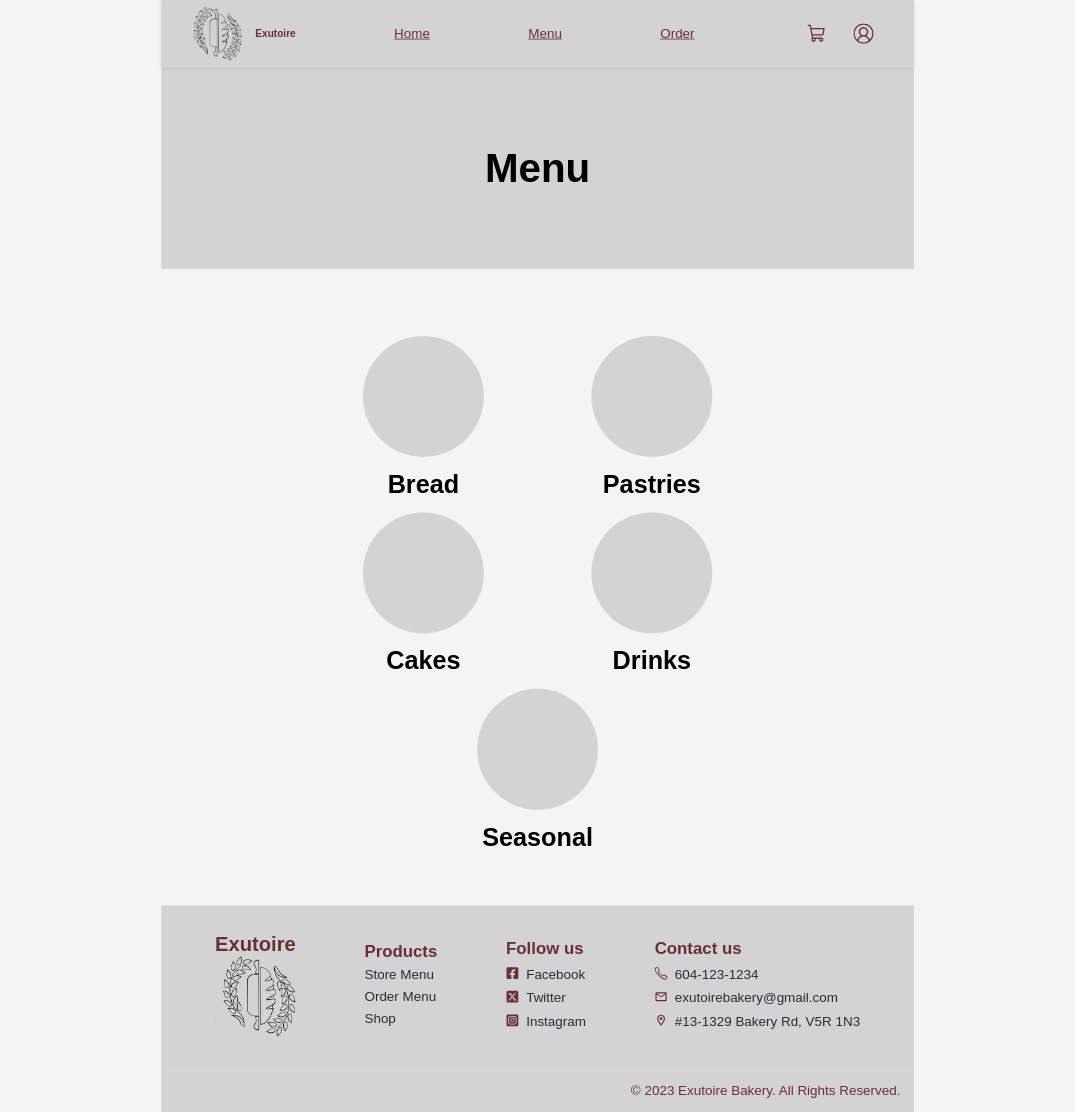
Repository: MelissaJacobi/COMP3170-final-proj
Page: /menu
An editor plug-in stored every save of this project. The page is shown before and after the next save, followed by the edit.
The browser window is 1280 px wide. The pictures show the whole page, at 84% of full size.
The project was rebuilt for these pictures with package versions that can differ from the ones it lists, and the page was loaded fresh each time. Also part of the build but not shown: vite.config.js, src/pages/Home.module.css, src/components/Carousel.module.css, src/components/Carousel.tsx, src/components/Vision.module.css, src/components/Vision.tsx, src/components/MenuGallery.tsx, src/pages/Home.jsx and 1 more.

Above is the page before, as saved 2024-10-07 18:45:28.

### src/main.jsx
import { StrictMode } from 'react'
import { createRoot } from 'react-dom/client'
import App from './App.jsx'
import './index.css'

const rootElement = document.getElementById('root');
if (rootElement) {
  createRoot(rootElement).render(
    <StrictMode>
      <App />
    </StrictMode>
  );
}

### src/App.jsx
// src/App.jsx

import { BrowserRouter as Router, Routes, Route } from 'react-router-dom';
import styles from './App.module.css';
import Header from './components/Header';
import Footer from './components/Footer';
import Home from './pages/Home';
import Menu from './pages/menu';
import Bread from './pages/Bread'; // Import Bread component

function App() {
  return (
    <Router>
      <div className={styles.appContainer}>
        <Header />
        <Routes>
          <Route path="/" element={<Home />} />
          <Route path="/menu" element={<Menu />} />
          <Route path="/menu/bread" element={<Bread />} /> {/* New route */}
        </Routes>
        <Footer />
      </div>
    </Router>
  );
}

export default App;

### src/index.css
* {
  margin: 0;
  padding: 0;
  box-sizing: border-box;
}

body {
  font-family: Arial, sans-serif;
  line-height: 1.6;
  background-color: #f4f4f4;
}

:root {
  --primary-color: lightgrey;
  --secondary-color: lightblue;
  --accent-color: #6A2E35;
  --background-color: white;
  --text-color: #2E2836;
}

### src/App.module.css
.appContainer {
    width: 70%;
    height: 100%;
    margin: auto;
}

### src/components/Header.tsx
// Header.tsx
import { Link } from 'react-router-dom';
import styles from './Header.module.css';
import logo from "../assets/images/logo.png";
import { PiShoppingCart } from "react-icons/pi";
import { VscAccount } from "react-icons/vsc";

export default function Header() {
  return (
    <div className={styles.container}>
      <div>
        <img src={logo} alt="Logo" className={styles.logo} />
        <p className={styles.siteTitle}>Exutoire</p>
      </div>
      <Link to="/" className={styles.links}>Home</Link>
      <Link to="/Menu" className={styles.links}>Menu</Link>
      <Link to="/order" className={styles.links}>Order</Link>
      <div>
        <PiShoppingCart className={styles.icon} />
        <VscAccount className={styles.icon} />
      </div>
    </div>
  );
}

### src/components/Footer.tsx
import logo from "../assets/images/logo.png"
import styles from "./Footer.module.css"
import { FaFacebookSquare } from "react-icons/fa";
import { FaSquareXTwitter } from "react-icons/fa6";
import { FaInstagramSquare } from "react-icons/fa";
import { SlPhone } from "react-icons/sl";
import { MdOutlineMailOutline } from "react-icons/md";
import { MdOutlineLocationOn } from "react-icons/md";

export default function Footer() {

  return (
    <>
      <div className={styles.container}>
        <div>
            <p className={styles.siteTitle}>Exutoire</p>
            <img src={logo} alt="Logo" className={styles.logo}/>
        </div>
        <ul>
          <p>Products</p>
          <li>Store Menu</li>
          <li>Order Menu</li>
          <li>Shop</li>
        </ul>
        <ul>
          <p>Follow us</p>
          <li><FaFacebookSquare className={styles.socialIcon}/>Facebook</li>
          <li><FaSquareXTwitter className={styles.socialIcon}/>Twitter</li>
          <li><FaInstagramSquare className={styles.socialIcon}/>Instagram</li>
        </ul>
        <ul>
          <p>Contact us</p>
          <li><SlPhone  className={styles.socialIcon}/>604-123-1234</li>
          <li><MdOutlineMailOutline className={styles.socialIcon}/>exutoirebakery@gmail.com</li>
          <li><MdOutlineLocationOn className={styles.socialIcon}/>#13-1329 Bakery Rd, V5R 1N3</li>
        </ul>
      </div>
      <p className={styles.copywrite}>© 2023 Exutoire Bakery.  All Rights Reserved.</p>
    </>
  )
}

### src/pages/Menu.jsx
import styles from './Menu.module.css'

export default function Menu() {

  return (
    <>
    <div className={styles.container}>
        <div className={styles.banner}>
          <h1>Menu</h1>
        </div>
        <div className={styles.options}>
          <div className={styles.option}>
            <div></div>
            <h2>Bread</h2>
          </div>
          <div className={styles.option}>
            <div></div>
            <h2>Pastries</h2>
          </div>
          <div className={styles.option}>
            <div></div>
            <h2>Cakes</h2>
          </div>
          <div className={styles.option}>
            <div></div>
            <h2>Drinks</h2>
          </div>
          <div className={styles.option}>
            <div></div>
            <h2>Seasonal</h2>
          </div>
        </div>
    </div>

    </>
  )
}

### src/components/Header.module.css
.container {
    background-color: var(--primary-color);
    width: 100%;
    height: 5rem;
    display: flex;
    align-items: center;
    justify-content: space-between;
    padding: 2rem;
    position: sticky;
    top: 0;
    z-index: 1000;
    box-shadow: 0 2px 4px rgba(0, 0, 0, 0.1);
}

.logo {
    height: 4rem;
    width: 4rem;
}

.siteTitle {
    font-size: 12px;
    font-style: normal;
    font-weight: 700;
    line-height: normal;
    margin-left: 1rem;
    color: var(--accent-color)
}

.container div {
    display: flex;
    align-items: center;
}

.links {
    font-size: 16px;
    font-style: normal;
    font-weight: 400;
    line-height: normal;
    color: var(--accent-color)
}

.icon {
    height: 1.5rem;
    width: 1.5rem;
    margin: 1rem;
    color: var(--accent-color)
}

### src/components/Footer.module.css
.container {
    background-color: var(--primary-color);
    height: 100%;
    width: 100%;
    display: flex;
    align-items: center;
    justify-content: space-between;
    padding: 2rem 4rem;
}

.container div{
    text-align: center;
}

.logo {
    width: 6rem;
    height: 6rem;
}

.siteTitle {
    font-size: 24px;
    font-style: normal;
    font-weight: 700;
    line-height: normal;
    color: var(--accent-color)
}

.container ul p {
    color: var(--accent-color);
    font-size: 20px;
    font-style: normal;
    font-weight: 700;
    line-height: normal;
}

.container ul li {
    font-size: 16px;
    font-style: normal;
    font-weight: 400;
    line-height: normal;
    margin: 0.5rem 0rem;
    padding: 0;
    list-style-type: none;
    color: var(--text-color)
}

.socialIcon {
    transform: translateY(0.1rem);
    color: var(--accent-color);
    margin-right: 0.5rem;
}

.copywrite {
    width: 100%;
    text-align: right;
    padding: 1rem;
    font-size: 16px;
    font-style: normal;
    font-weight: 400;
    line-height: normal;
    color: var(--accent-color);
    background-color: var(--primary-color);
}

### src/pages/Menu.module.css
.container {
    width: 100%;
}

.banner {
    width: 100%;
    height: 15rem;
    display: flex;
    justify-content: center;
    align-items: center;
    background-color: var(--primary-color);
}

.container h1 {
    font-size: 48px;
    font-style: normal;
    font-weight: 700;
    line-height: normal;
}

.options {
    display: flex;
    flex-wrap: wrap;
    justify-content: center;
    padding: 4rem;
}

.option div {
    width: 9rem;
    height: 9rem;
    border-radius: 50%;
    background-color: var(--primary-color);
    margin: 1rem 4rem;
}

### src/components/MenuGallery.module.css
.container {
    display: flex;
    flex-direction: column;
    align-items: center;
    justify-content: center;
    height: 100%;
}

h2 {
    font-size: 30px;
    font-style: normal;
    font-weight: 700;
    line-height: normal;
    text-align: center;
    margin: 0;
}

.gallery {
    width: 100%;
    margin-top: 1rem;
    display: flex;
    justify-content: space-around;
    flex-wrap: wrap;
    height: 100%;
    padding: 1rem 7rem;
}

.galleryItem {
    height: 15rem;
    width: 15rem;
    background-color: var(--primary-color);
    display: flex;
    justify-content: center;
    margin: 1rem;
}

Loaded but not shown: index.html (common file)

After the next save:
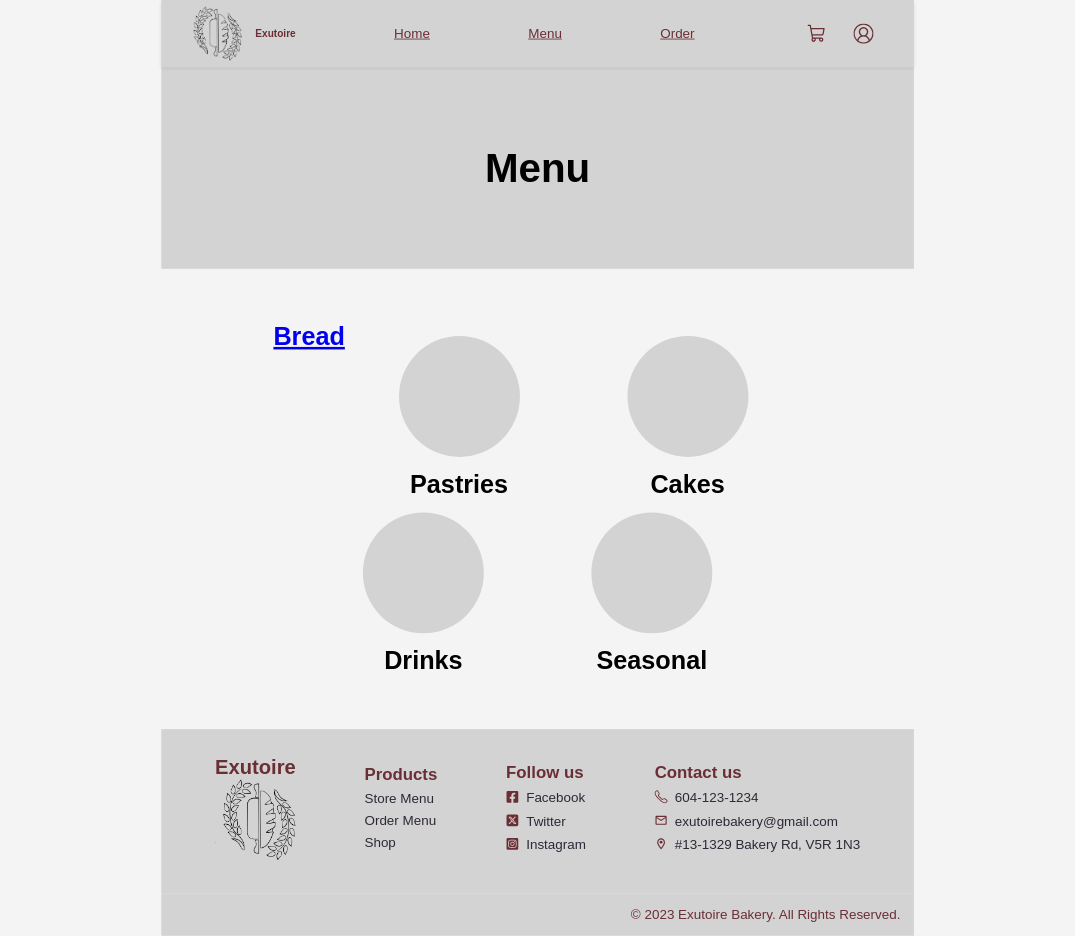
Saved 17 s later.
--- a/src/pages/Menu.jsx
+++ b/src/pages/Menu.jsx
@@ -1,37 +1,37 @@
-import styles from './Menu.module.css'
+// src/pages/menu.jsx
+
+import { Link } from 'react-router-dom';
+import styles from './Menu.module.css';
 
 export default function Menu() {
-
   return (
-    <>
     <div className={styles.container}>
-        <div className={styles.banner}>
-          <h1>Menu</h1>
+      <div className={styles.banner}>
+        <h1>Menu</h1>
+      </div>
+      <div className={styles.options}>
+        <div className={styles.option}>
+          <Link to="/menu/bread">
+            <h2>Bread</h2>
+          </Link>
         </div>
-        <div className={styles.options}>
-          <div className={styles.option}>
-            <div></div>
-            <h2>Bread</h2>
-          </div>
-          <div className={styles.option}>
-            <div></div>
-            <h2>Pastries</h2>
-          </div>
-          <div className={styles.option}>
-            <div></div>
-            <h2>Cakes</h2>
-          </div>
-          <div className={styles.option}>
-            <div></div>
-            <h2>Drinks</h2>
-          </div>
-          <div className={styles.option}>
-            <div></div>
-            <h2>Seasonal</h2>
-          </div>
+        <div className={styles.option}>
+          <div></div>
+          <h2>Pastries</h2>
         </div>
+        <div className={styles.option}>
+          <div></div>
+          <h2>Cakes</h2>
+        </div>
+        <div className={styles.option}>
+          <div></div>
+          <h2>Drinks</h2>
+        </div>
+        <div className={styles.option}>
+          <div></div>
+          <h2>Seasonal</h2>
+        </div>
+      </div>
     </div>
-
-    </>
-  )
+  );
 }

After the save that followed:
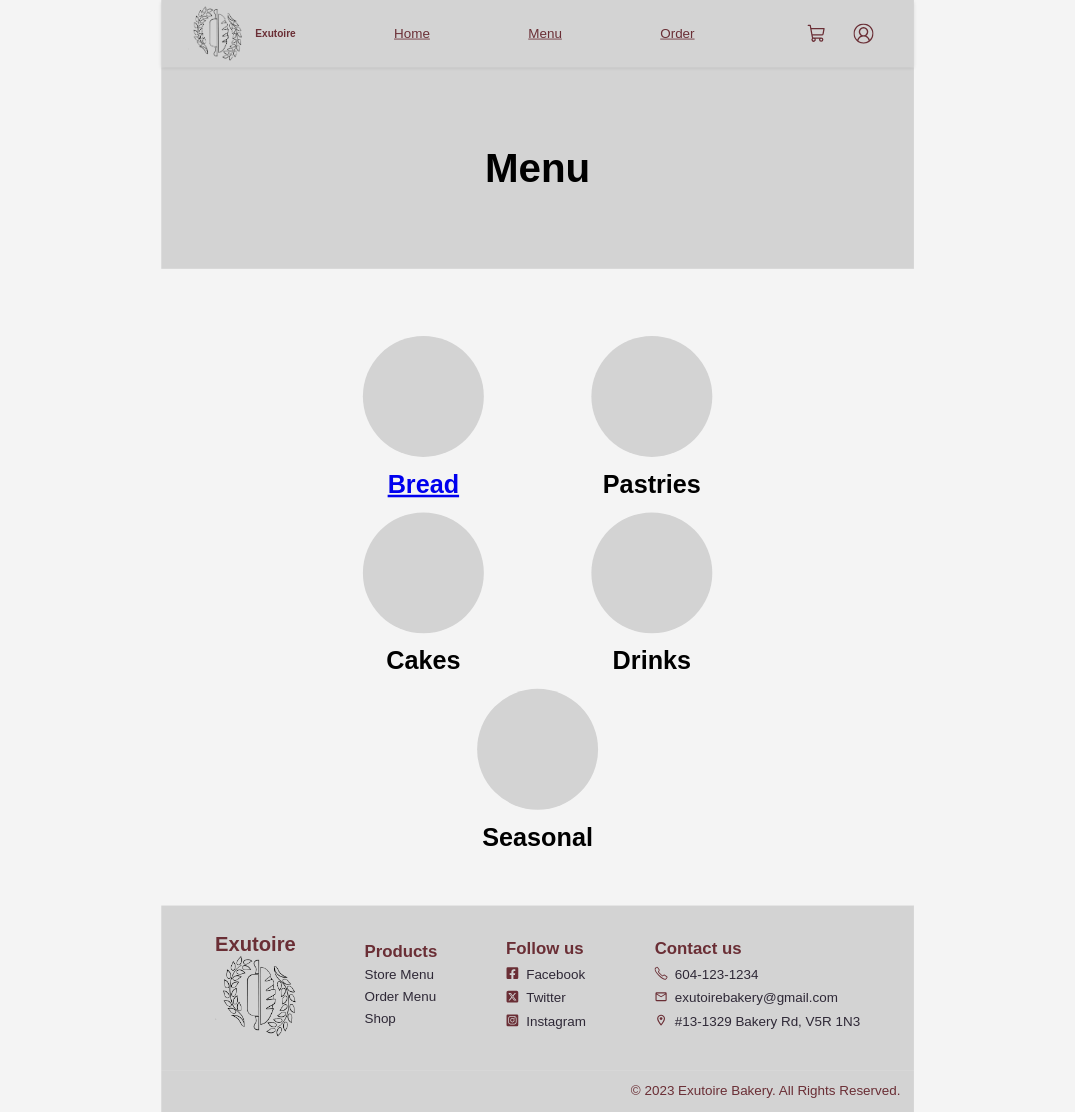
Saved 29 s later.
--- a/src/pages/Menu.jsx
+++ b/src/pages/Menu.jsx
@@ -11,6 +11,7 @@
       </div>
       <div className={styles.options}>
         <div className={styles.option}>
+          <div></div>
           <Link to="/menu/bread">
             <h2>Bread</h2>
           </Link>
